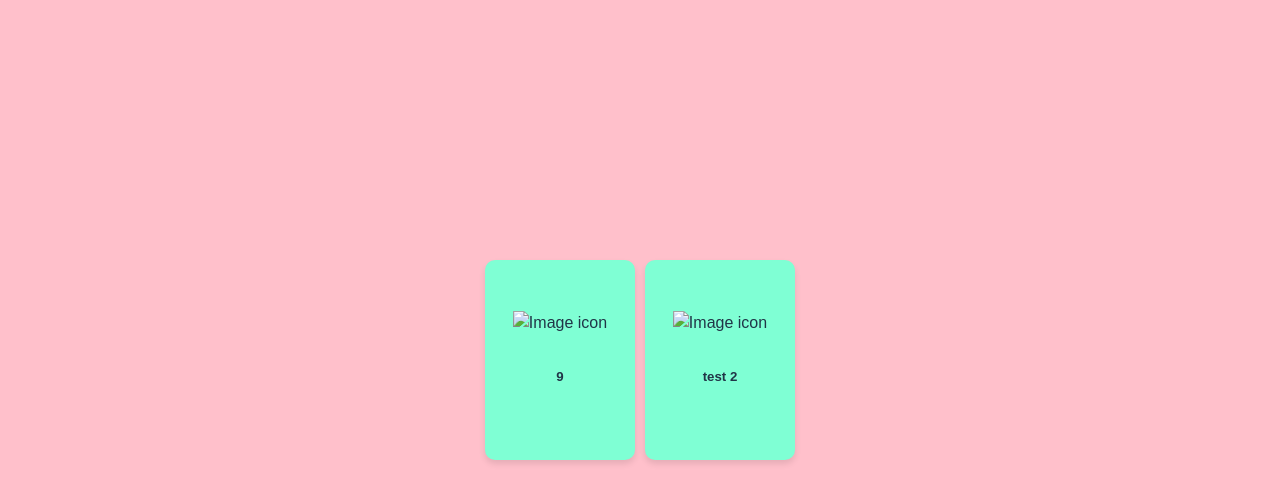
Repository: DaneJuswa/LearningReact
Page: / (app in reactProject/)
These files come from the project's save history. The page is drawn as it stood at one moment and after the next save; the edit follows.
The browser window is 1280 px wide. The pictures show the whole page.
The project was rebuilt for these pictures with package versions that can differ from the ones it lists, and the page was loaded fresh each time. Also part of the build but not shown: reactProject/vite.config.js.

Above is the page before, as saved 2025-09-15 10:50:57.

After the next save:
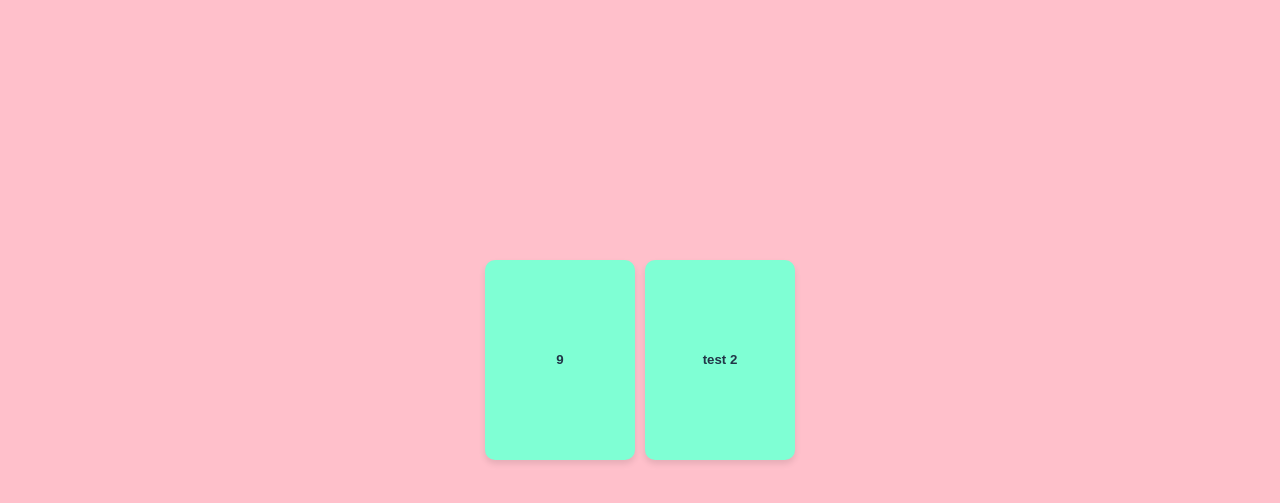
Saved 19 s later.
--- a/reactProject/src/Cards.jsx
+++ b/reactProject/src/Cards.jsx
@@ -5,13 +5,12 @@ import PropTypes from "prop-types";
 function Cards(props){
     return(
         <div className="card-container">
-            <img src="" alt="Image icon" />
             <h5>{props.name}</h5>
         </div>
     );
 }
 Cards.propTypes = {
-  name: PropTypes.string.isRequired,
+  name: PropTypes.string
 
 };
 export default Cards;
